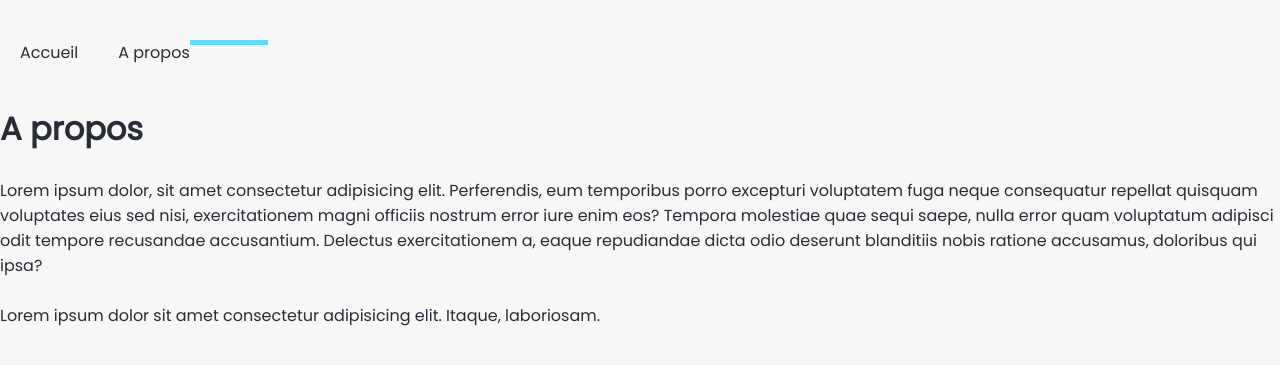
Repository: ahthionkevin/pays
Page: /about
The author's editor kept a copy of each file at every save. The page is drawn from the files as they stood at one save, then again after the next save.
The browser window is 1280 px wide. The pictures show the whole page.
The project was rebuilt for these pictures with package versions that can differ from the ones it lists, and the page was loaded fresh each time. A package was used in the major version that the imports need, not the one package.json lists. Also part of the build but not shown: src/page/Home.jsx, src/page/NotFound.jsx.

Above is the page before, as saved 2021-06-16 18:44:46.

After the next save:
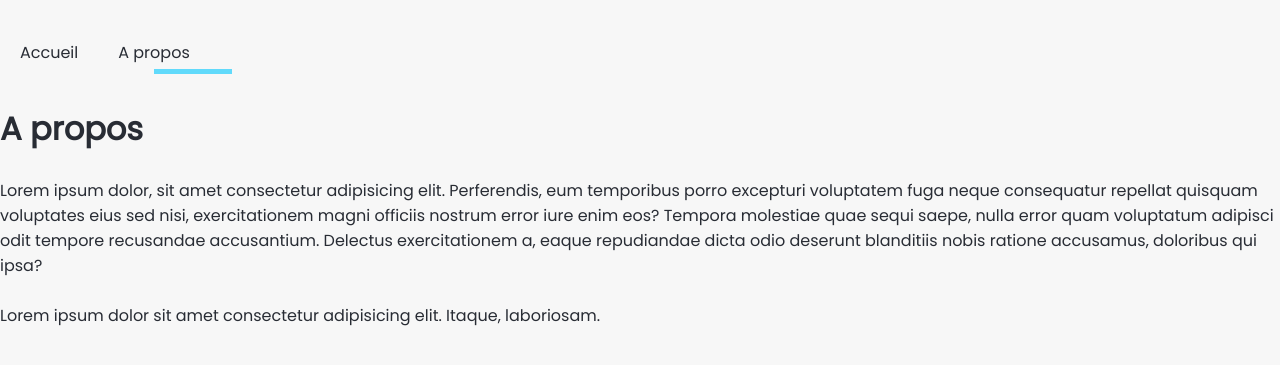
Saved 49 s later.
--- a/src/styles/components/_navigation.scss
+++ b/src/styles/components/_navigation.scss
@@ -17,6 +17,8 @@
             height: 5px;
             background-color: $color-1;
             position: absolute;
+            left: 50%;
+            bottom: 1px;
         }
     }
 
